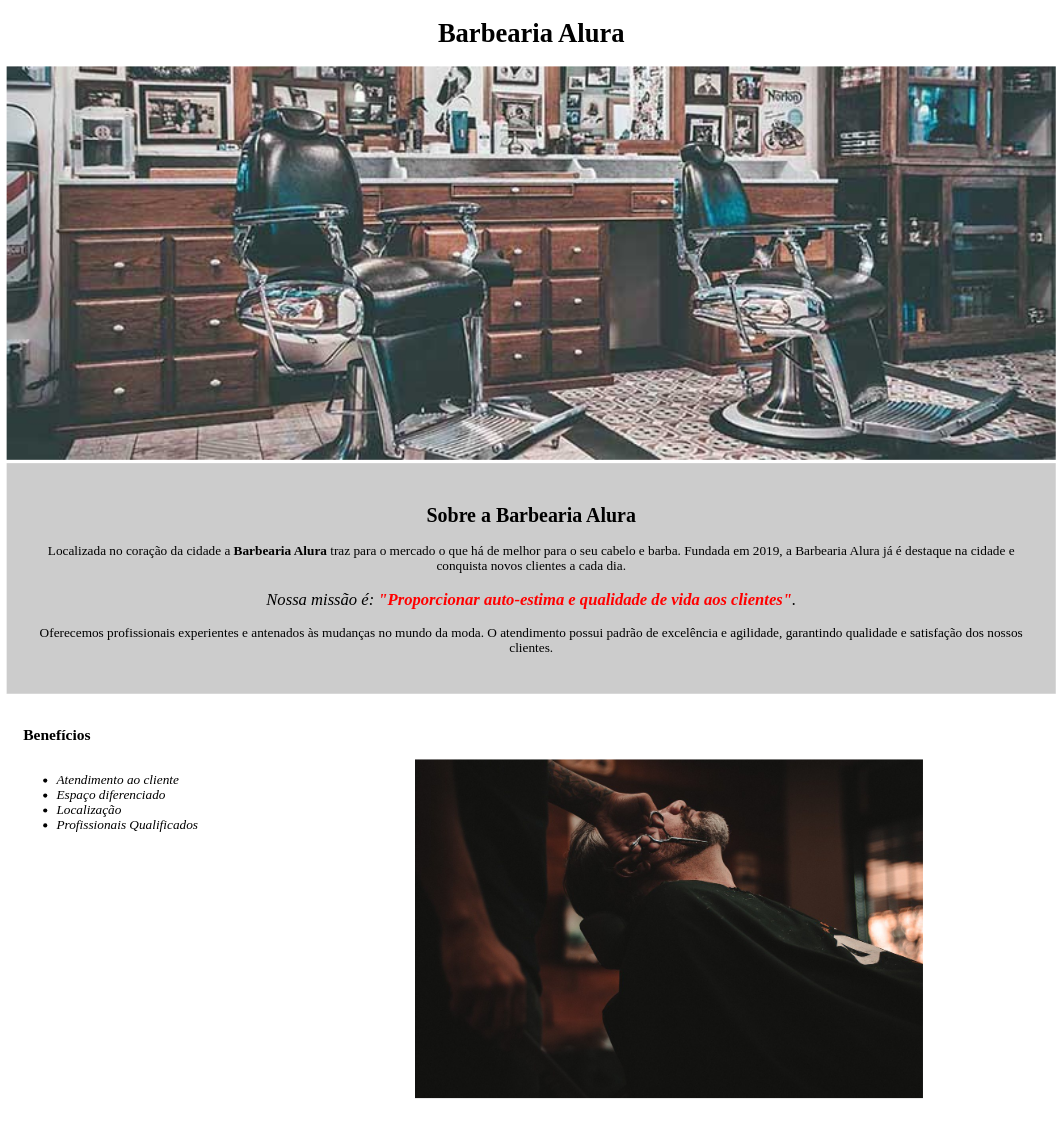
Repository: RenatoCCS/Barbearia_Alura
Page: index.html
An editor plug-in stored every save of this project. The page is shown before and after the next save, followed by the edit.
The browser window is 1280 px wide. The pictures show the whole page, at 83% of full size.

Above is the page before, as saved 2022-10-17 21:40:59.

After the next save:
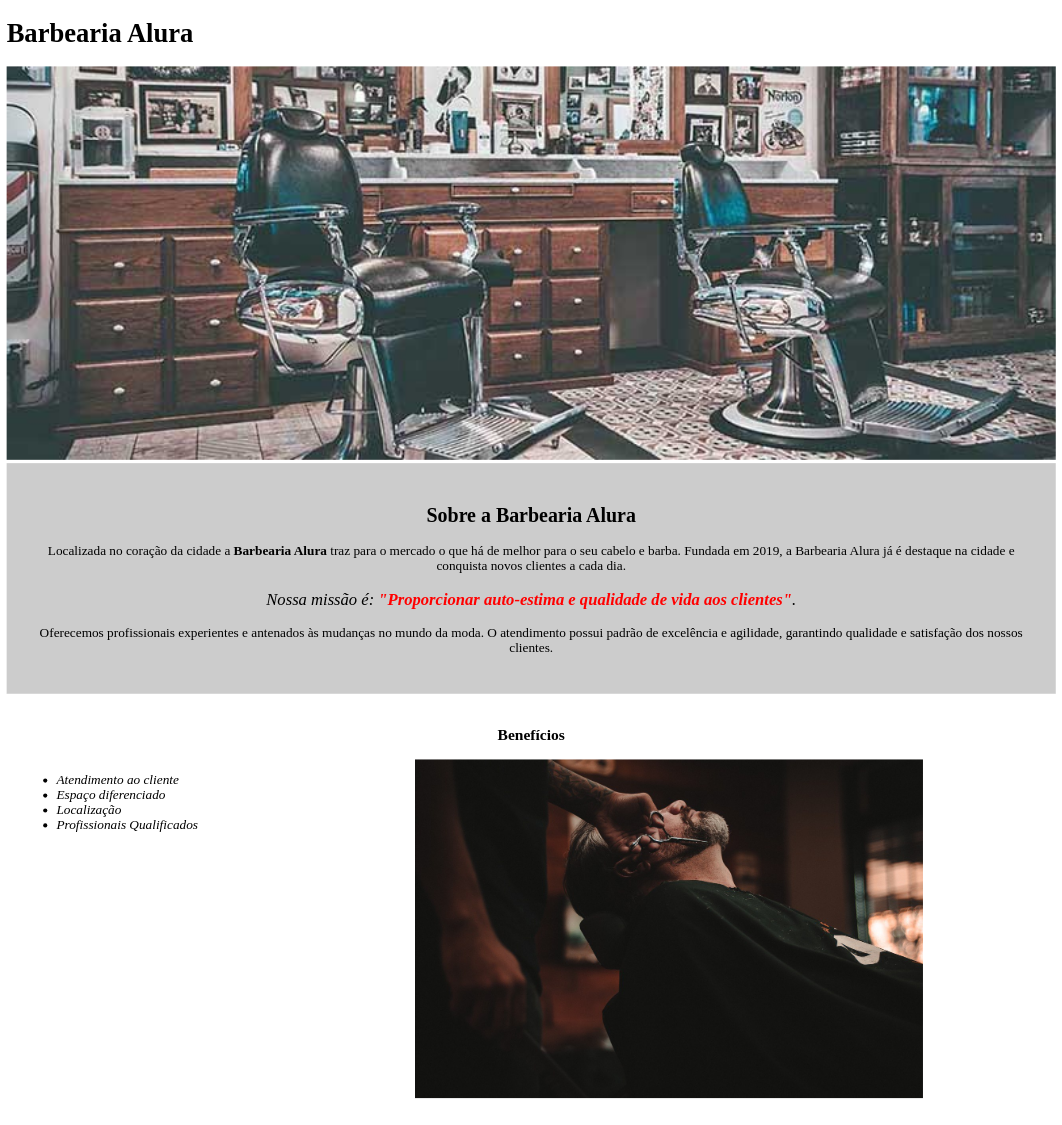
Saved 40 s later.
--- a/style.css
+++ b/style.css
@@ -10,7 +10,7 @@ body {
   padding: 30px;
 }
 
-h1 {
+.titulo-centralizado {
   text-align: center;
 }
 
@@ -35,10 +35,6 @@ em strong {
   padding: 20px;
 }
 
-h2 {
-  text-align: center;
-}
-
 ul {
   display: inline-block;
   vertical-align: top;
